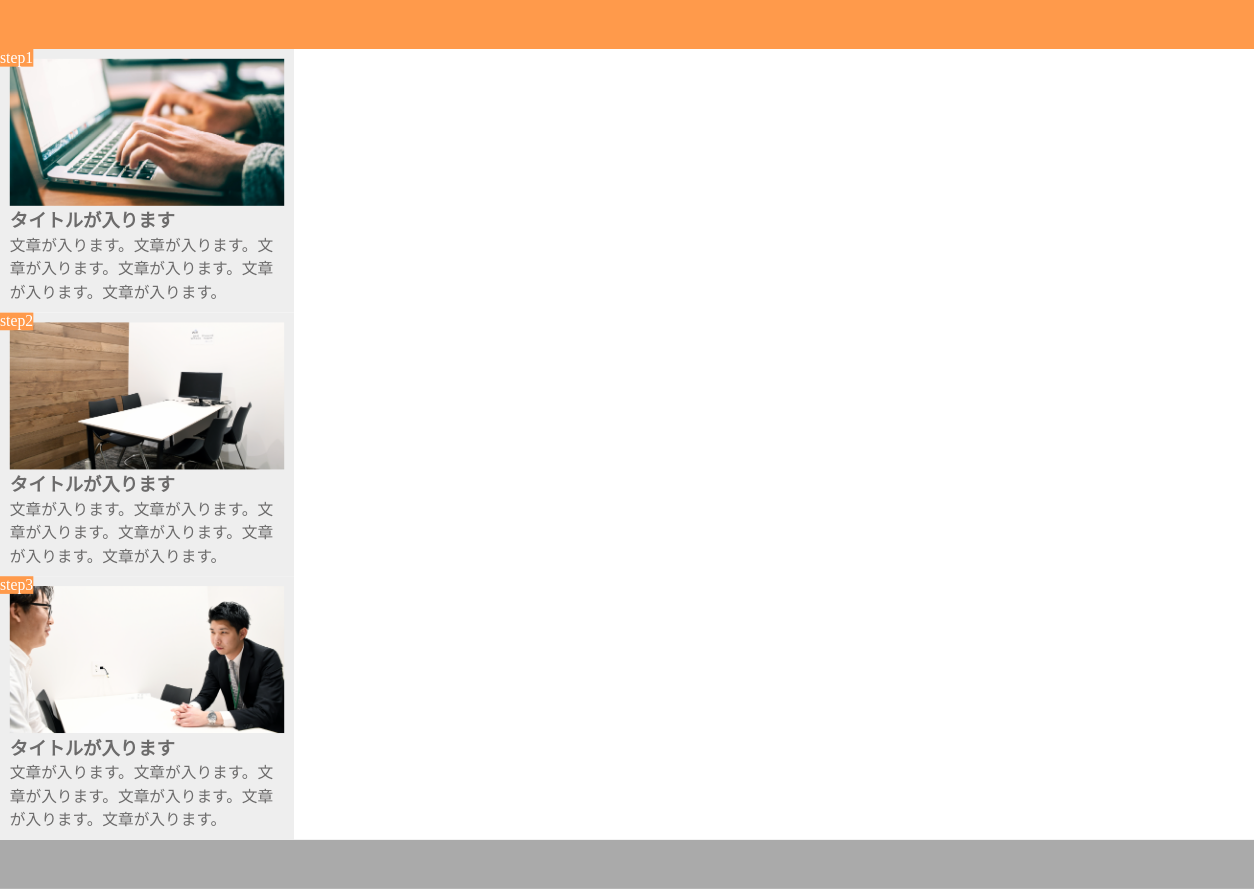
Repository: Yuki-Kawagoe/chapter4
Page: chapter9/index.html
The author's editor kept a record of every edit. The page is drawn from the files as they stood at one moment, then again after the next edit.
The browser window is 1280 px wide. The pictures show the whole page, at 98% of full size.

Above is the page before.

### chapter9/index.html
<!DOCTYPE html>
 <html lang="ja">
 <head>
  <meta charset="UTF-8">
  <link rel="stylesheet" href="style.css" />
  <title>Chapter9</title>
 </head>

 <body>
   <header></header>


   <main>
    <div class="step-box">
      <div class="step-img1"></div>
       <span class="step-num">step1</span>
        <h3 class="box-title">タイトルが入ります</h3>
          <p class="box-text">
           文章が入ります。文章が入ります。文章が入ります。文章が入ります。文章が入ります。文章が入ります。</p>
    </div>

    <div class="step-box">
      <div class="step-img2"></div>
       <span class="step-num">step2</span>
        <h3 class="box-title">タイトルが入ります</h3>
          <p class="box-text">
           文章が入ります。文章が入ります。文章が入ります。文章が入ります。文章が入ります。文章が入ります。</p>
    </div>

    <div class="step-box">
      <div class="step-img3"></div>
       <span class="step-num">step3</span>
        <h3 class="box-title">タイトルが入ります</h3>
          <p class="box-text">
           文章が入ります。文章が入ります。文章が入ります。文章が入ります。文章が入ります。文章が入ります。</p>
    </div>
   </main>

   <footer></footer>

 </body>

 </html>

### chapter9/style.css
* {
  margin: 0px;
  padding: 0px;
  box-sizing: border-box;
  color: #6c6b6b;
}

header {
  height: 50px;
  background-color: #FF9A4B
}

.main {
  width: 960px;
  margin: 50px auto;
  display: flex;

}

.step-box {
  width: 300px;
  padding: 10px;
  margin-right: 30px;
  background-color: #EEEEEE;
  position: relative;
}

.step-img1 {
  height: 150px;
  background-image: url(img/flow01.png);
  background-position: bottom;
  background-size: cover;
}

.step-img2 {
  height: 150px;
  background-image: url(img/flow02.png);
  background-position: bottom;
  background-size: cover;
}


.step-img3 {
  height: 150px;
  background-image: url(img/flow03.png);
  background-position:bottom;
  background-size:cover;
}

.step-num {
  position: absolute;
  top:0;
  left:0;
  background-color: #ff9a4b;
  color: #fff;
}

.main-title {
  margin-top: 15px;
  margin-bottom: 5px;
}

.sub {
  background-color: #FF9A4B;
  color: white;
  height: 20px;
  width: 30px;
}

footer {
  width: 100%;
  height: 50px;
  background-color: #AAAAAA
}

After the next edit:
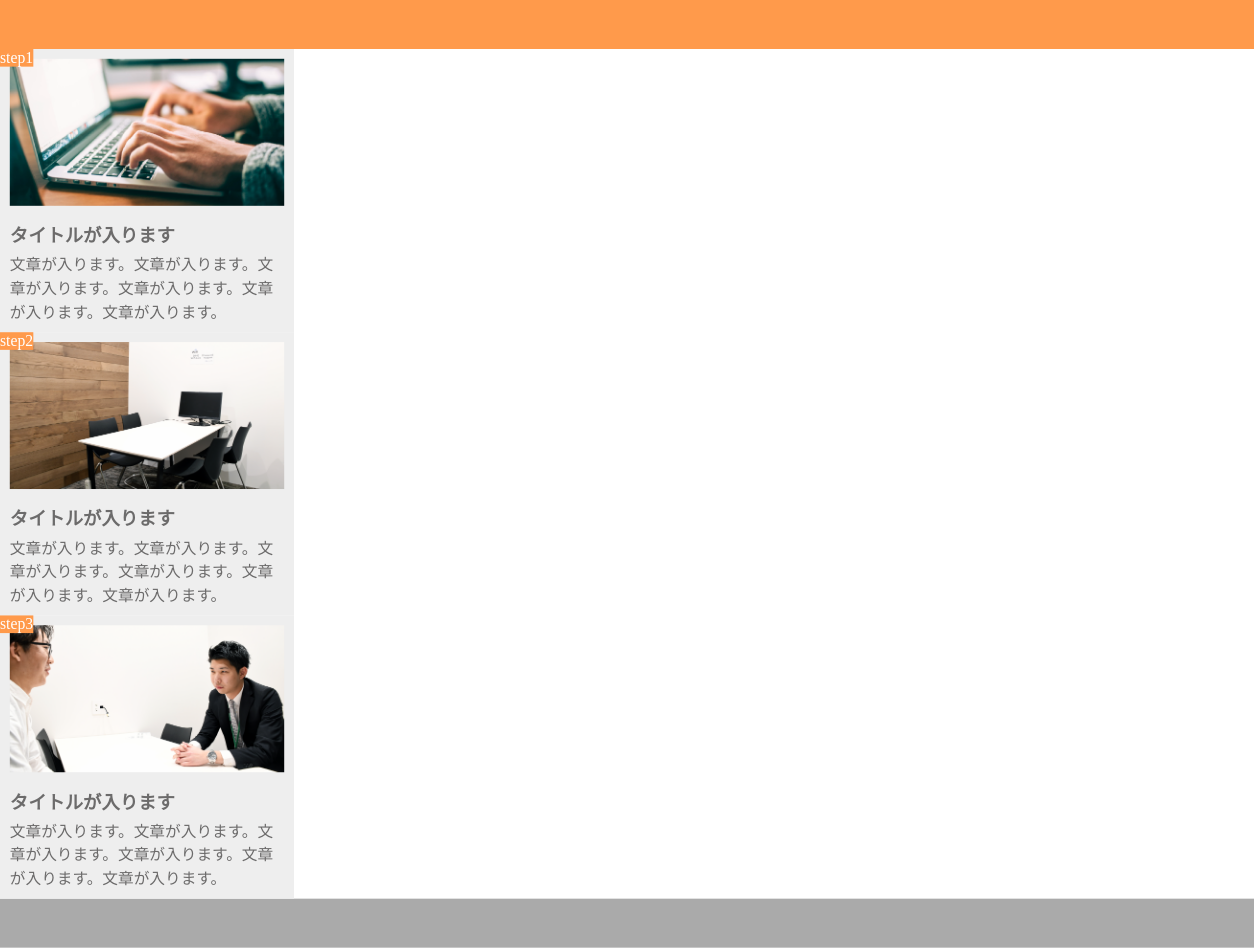
The edit:
--- a/chapter9/style.css
+++ b/chapter9/style.css
@@ -55,16 +55,8 @@
   color: #fff;
 }
 
-.main-title {
-  margin-top: 15px;
-  margin-bottom: 5px;
-}
-
-.sub {
-  background-color: #FF9A4B;
-  color: white;
-  height: 20px;
-  width: 30px;
+.box-title {
+  margin:15px 0 5px;
 }
 
 footer {
